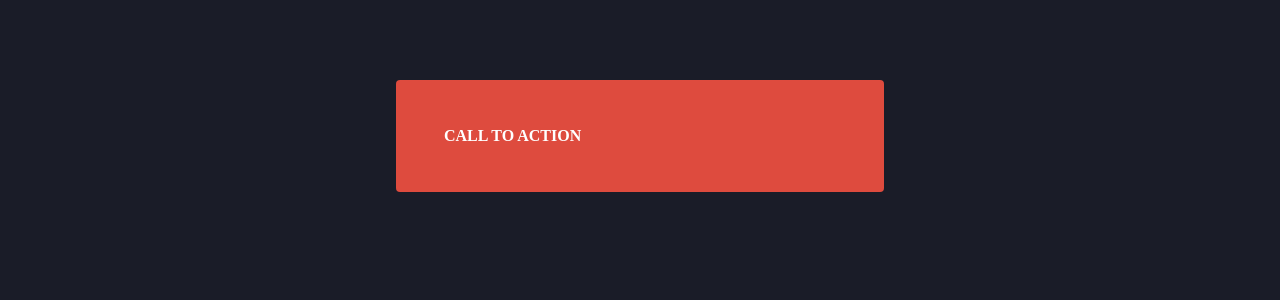
Repository: fdhhhdjd/React-Witth-Framer-Motion
Page: /
The author's editor kept a copy of each file at every save. The page is drawn from the files as they stood at one save, then again after the next save.
The browser window is 1280 px wide. The pictures show the whole page.
The project was rebuilt for these pictures with package versions that can differ from the ones it lists, and the page was loaded fresh each time. Also part of the build but not shown: src/App.css, src/Component/ChooseImg/ChooseImg.js.

Above is the page before, as saved 2021-10-11 20:25:48.

### src/App.js
import logo from "./logo.svg";
import "./App.css";
import { Switch, BrowserRouter, Route } from "react-router-dom";
import { Dropdown, ChooseImg } from "./Import/Index";
function App() {
  return (
    <BrowserRouter>
      <Dropdown />
      <Switch>{/* <Route exact path="/" component={ChooseImg} /> */}</Switch>
    </BrowserRouter>
  );
}

export default App;

### src/Import/Index.js
export { default as Dropdown } from "../Page/Dropdown/Dropdown";
export { default as ChooseImg } from "../Component/ChooseImg/ChooseImg";

### src/Page/Dropdown/Dropdown.js
import React, { useState } from "react";
import "./Dropdown.css";
import "./reset.css";
const Dropdown = () => {
  const [select, setSelect] = useState("Choose Item 😉 ");
  return (
    <div class="dropdown">
      <div class="dropdown__select">
        <span class="dropdown__selected">Call to action</span>
        <i class="fa fa-caret-down dropdown__caret"></i>
      </div>
      <ul class="dropdown__list">
        <li class="dropdown__item">
          <span class="dropdown__text">New project</span>
          <i class="fa fa-plus-circle dropdown__icon"></i>
        </li>
        <li class="dropdown__item">
          <span class="dropdown__text">View profile</span>
          <i class="fa fa-user dropdown__icon"></i>
        </li>
        <li class="dropdown__item">
          <span class="dropdown__text">Settings</span>
          <i class="fa fa-cog dropdown__icon"></i>
        </li>
        <li class="dropdown__item">
          <span class="dropdown__text">Logout</span>
          <i class="fa fa-circle dropdown__icon"></i>
        </li>
      </ul>
    </div>
  );
};

export default Dropdown;

### src/Page/Dropdown/Dropdown.css
html {
    font-size: 62.5%;
    font-family: "Poppins", sans-serif;
    background-color: #1a1c28;
  }
  * {
    box-sizing: border-box;
  }
  :root {
    --primary: #de4b3e;
    --secondary: #c74237;
  }
  .dropdown {
    width: 100%;
    max-width: 30.5rem;
    margin: 5rem auto;
    position: relative;
    color: white;
    text-transform: uppercase;
    font-size: 1rem;
    font-weight: bold;
    border-radius: 4px;
  }
  .dropdown__select {
    border-radius: inherit;
  }
  .dropdown__list {
    margin-top: 2.5rem;
    position: absolute;
    top: 100%;
    left: 0;
    right: 0;
    display: none;
  }
  .dropdown__list:before {
    content: "";
    height: 2.5rem;
    position: absolute;
    left: 0;
    right: 0;
    background-color: transparent;
    transform: translateY(-100%);
  }
  .dropdown:hover .dropdown__list {
    display: block;
  }
  .dropdown__select,
  .dropdown__item {
    width: 100%;
    padding: 3rem;
    background-color: var(--primary);
    display: flex;
    align-items: center;
    justify-content: space-between;
    cursor: pointer;
  }
  .dropdown__item {
    transition: background-color 0.2s linear;
  }
  .dropdown__item:first-child {
    border-radius: 4px 4px 0 0;
    position: relative;
  }
  .dropdown__item:first-child:before {
    content: "";
    position: absolute;
    top: 0;
    left: 3rem;
    border-left: 10px solid transparent;
    border-right: 10px solid transparent;
    border-bottom: 10px solid var(--primary);
    transform: translateY(-100%);
    transition: border-color 0.2s linear;
  }
  .dropdown__item:first-child:hover:before {
    border-bottom-color: var(--secondary);
  }
  .dropdown__item:last-child {
    border-radius: 0 0 4px 4px;
  }
  .dropdown__item:hover {
    background-color: var(--secondary);
  }

### src/Page/Dropdown/reset.css

html,
body,
div,
span,
applet,
object,
iframe,
h1,
h2,
h3,
h4,
h5,
h6,
p,
blockquote,
pre,
a,
abbr,
acronym,
address,
big,
cite,
code,
del,
dfn,
em,
img,
ins,
kbd,
q,
s,
samp,
small,
strike,
strong,
sub,
sup,
tt,
var,
b,
u,
i,
center,
dl,
dt,
dd,
ol,
ul,
li,
fieldset,
form,
label,
legend,
table,
caption,
tbody,
tfoot,
thead,
tr,
th,
td,
article,
aside,
canvas,
details,
embed,
figure,
figcaption,
footer,
header,
hgroup,
menu,
nav,
output,
ruby,
section,
summary,
time,
mark,
audio,
video {
  margin: 0;
  padding: 0;
  border: 0;
  font-size: 100%;
  font: inherit;
  vertical-align: baseline;
}
/* HTML5 display-role reset for older browsers */
article,
aside,
details,
figcaption,
figure,
footer,
header,
hgroup,
menu,
nav,
section {
  display: block;
}
body {
  line-height: 1;
}
ol,
ul {
  list-style: none;
}
blockquote,
q {
  quotes: none;
}
blockquote:before,
blockquote:after,
q:before,
q:after {
  content: "";
  content: none;
}
table {
  border-collapse: collapse;
  border-spacing: 0;
}

Loaded but not shown: public/index.html (common file); src/index.js (common file); src/index.css (common file); src/reportWebVitals.js (common file)

After the next save:
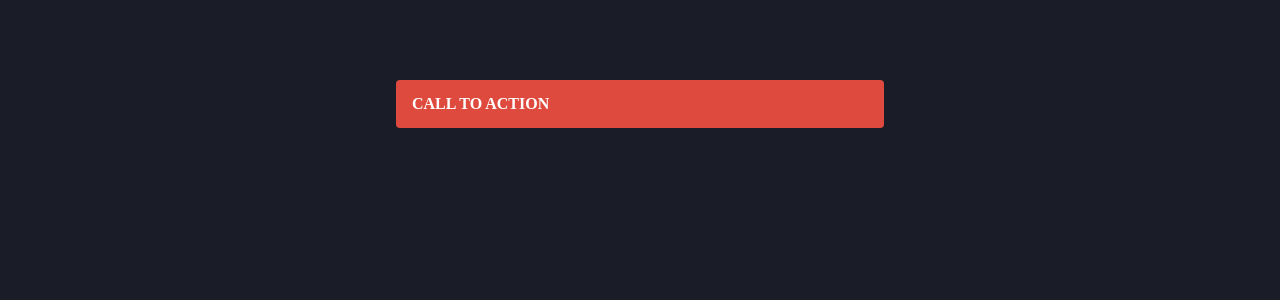
Saved 13 s later.
--- a/src/Page/Dropdown/Dropdown.css
+++ b/src/Page/Dropdown/Dropdown.css
@@ -47,7 +47,7 @@ html {
   .dropdown__select,
   .dropdown__item {
     width: 100%;
-    padding: 3rem;
+    padding: 1rem;
     background-color: var(--primary);
     display: flex;
     align-items: center;
